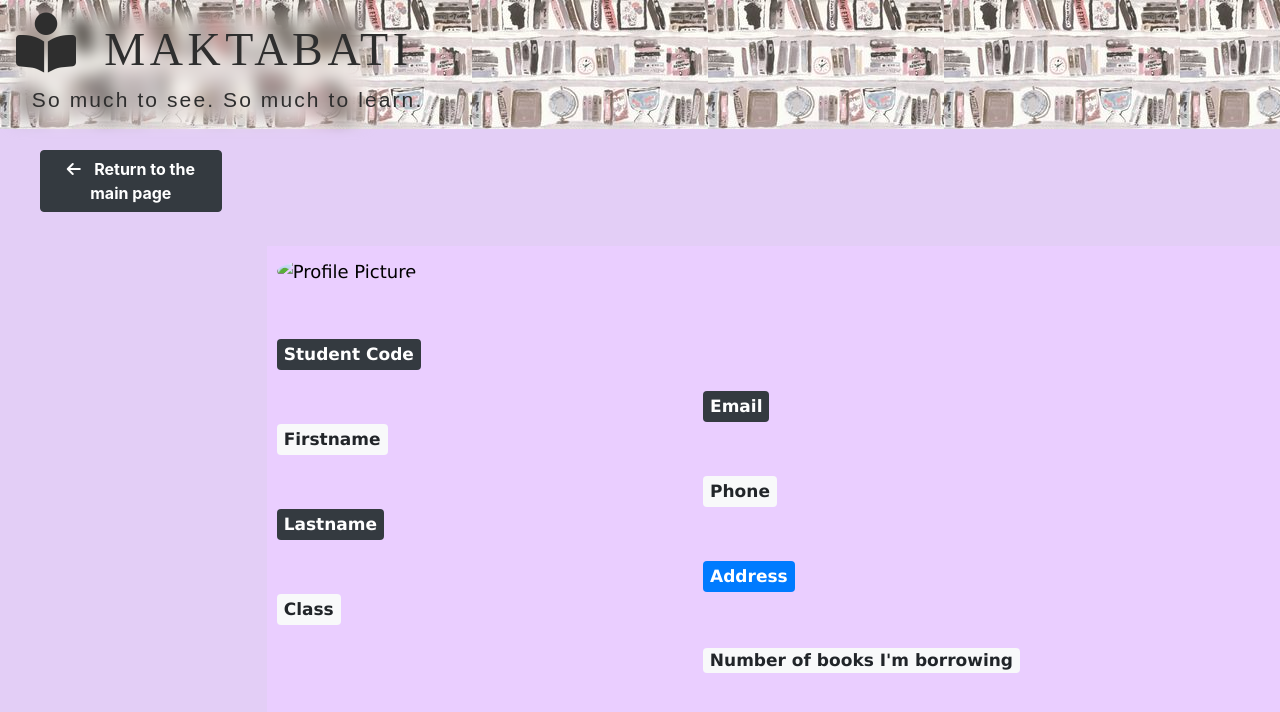
Repository: Hajar-Serrad/MAKTABATI
Page: resources/views/profile.blade.php
An editor plug-in stored every save of this project. The page is shown before and after the next save, followed by the edit.
The browser window is 1280 px wide. The pictures show the whole page.
An inner scrolling area shows only its first screen. Some web fonts or font styles are not loaded; a fallback is used. Some web libraries are served in a nearby version. The page is served by the project's Laravel application, run on PHP 8.4 with Laravel 8. Other server files are loaded and not shown. The template is opened directly, without the code that normally fills it, so the values that code supplies are empty.

Above is the page before, as saved 2020-12-28 22:53:56.

### routes/web.php
<?php

use Illuminate\Support\Facades\Route;


/*           **********************     INSCRIPTION            ************************* */
Route::get('/welcome/register','Auth\RegisterBisController@showfirstform')->name('register1');
Route::post('/welcome/register','Auth\RegisterBisController@register')->name('register2');
Route::post('/registerbis','Auth\RegisterController@register')->name('register3');
Route::get('/registerbis/{id}','Auth\RegisterController@showform')->name('register4');

/*           **********************     CONNEXION            ************************* */
Route::get('/login/admin', 'Auth\LoginController@showAdminLoginForm')->name('Adminlogin1');
Route::post('/login/admin', 'Auth\LoginController@adminLogin')->name('Adminlogin2');
Route::get('/user/login', 'Auth\LoginController@showUserLoginForm')->name('Userlogin1');
Route::post('/user/login', 'Auth\LoginController@userLogin')->name('Userlogin2');

/*           **********************     DECONNEXION            ************************* */
Route::post('/user/logout', 'Auth\LoginController@userLogout')->name('user.logout');
Route::post('/admin/logout', 'Auth\LoginController@adminLogout')->name('admin.logout');

/*   ********** ROUTES D'AUTHENTICATIONS DEFINIES PAR LARAVEL  *************** */
Auth::routes();


/*           **********************     TEMPLATES            ************************* */
Route::view('/user','layouts.app')->name('back');
Route::view('/admin','layouts.appAdmin')->name('adminapp');

/*           **********************     LES HOMEPAGES            ************************* */
Route::view('/user/dashboard','home.homeUser')->name('home');
Route::view('/admin/dashboard','home.homeAdmin')->name('dashboard');

Route::get("/homeUser","HomeController@indexUser");
Route::get("/homeAdmin","HomeController@indexAdmin");


/*           **********************     DES PROPRIETES AJOUTEES POUR LA TEMPLATE            ************************* */
// plus //USER
Route::get("/about us", function(){
    return view("plus.about");
 })->name('about');
 Route::get("/privacy policy", function(){
    return view("plus.privacy");
 })->name('privacy');

// plusAdmin  //ADMIN
Route::get("/ABOUT US", function(){
   return view("plusAdmin.about");
})->name('about_us');
Route::get("/PRIVACY POLICY", function(){
   return view("plusAdmin.privacy");
})->name('privacy_policy');

/* ******************************************** */

/*           **********************     LES OPERATIONS DE CRUD           ************************* */
Route::view('/add','books.create'); // creer un livre
Route::resource('copies', 'CopyController')->only(['create','store', 'destroy']);  // crud -> copycontroller
Route::post('/copies/add', 'CopyController@add')->name('add'); // ajouter un exemplaire
Route::post('/copies/edit', 'CopyController@update1')->name('update1');  // modifier un exemplaire
Route::post('/copies/update', 'CopyController@update2')->name('update2');  // modifier un exemplaire
Route::post('/copies/delete', 'CopyController@delete')->name('delete');  // supprimer un exemplaire
Route::resource('books', 'BookController');  // crud -> bookcontroller
Route::resource('borrowing', 'BorrowingController')->only(['index', 'destroy']);  //  crud -> borrowingcontroller
Route::post("/admin/borrow","BorrowingController@borrow")->name('borrow');  //  emprunter un livre
Route::get("/admin/collect","BorrowingController@collect")->name('collect');  //  collecter les emails
Route::get('/admin/books','BookController@indexAdmin')->name('index'); // afficher les livres pour l'admin
Route::get('/admin/books/{book}','BookController@showAdmin')->name('show');  // afficher un livre pour l'admin
Route::get('/admin/members','UserController@index')->name('members');
Route::get('/user/profile/{id}','UserController@profile')->name('user.profile');

/*           **********************     LA PAGE D'ACCUEIL        ************************* */
Route::get("/welcome", function(){
   return view("welcome");
})->name('welcome');

### app/Http/Controllers/Auth/LoginController.php
<?php

namespace App\Http\Controllers\Auth;
use Illuminate\Http\Request;
use App\Http\Controllers\Controller;
use App\Providers\RouteServiceProvider;
use Illuminate\Foundation\Auth\AuthenticatesUsers;
use App\User;
use Auth;

class LoginController extends Controller
{
    use AuthenticatesUsers;


    public function __construct()
    {
        $this->middleware('guest')->except(['logout', 'userLogout']);
        $this->middleware('guest:admin')->except(['logout', 'adminLogout']);
    }


    public function showAdminLoginForm()
    {
        return view('authAdmin.login', ['url' => '/login/admin']);
    }

    public function adminLogin(Request $request)
    {
        $this->validate($request, [
            'email'   => 'required|email',
            'password' => 'required|min:8'
        ]);

        if (Auth::guard('admin')->attempt(['email' => $request->email, 'password' => $request->password], $request->get('remember'))) {

            return redirect()->intended('/admin/dashboard');
        }
        session()->flash('error', 'Your email or password is incorrect! Please try again!');
        return back()->withInput();
    }

    public function showUserLoginForm()
    {
        return view('auth.login', ['url' => '/user/login']);
    }

    public function userLogin(Request $request)
    {
        $this->validate($request, [
            'email'   => 'required|email',
            'password' => 'required|min:8'
        ]);

        if (Auth::guard('web')->attempt(['email' => $request->email, 'password' => $request->password], $request->get('remember'))) {

            return redirect()->intended('/user/dashboard');
        }
         session()->flash('error', 'Your email or password is incorrect! Please try again!');
         return back()->withInput();
    }

public function userLogout(Request $request)
    {
        Auth::guard('web')->logout();
        session()->flash('message', 'You have been logged out!');
        return redirect()->route('welcome')->withInput();
    }

    public function adminLogout(Request $request)
    {
        Auth::guard('admin')->logout();
        session()->flash('message', 'You have been logged out!');
        return redirect()->route('welcome')->withInput();
    }


}

### app/Http/Controllers/Auth/ConfirmPasswordController.php
<?php

namespace App\Http\Controllers\Auth;

use App\Http\Controllers\Controller;
use App\Providers\RouteServiceProvider;
use Illuminate\Foundation\Auth\ConfirmsPasswords;

class ConfirmPasswordController extends Controller
{
    /*
    |--------------------------------------------------------------------------
    | Confirm Password Controller
    |--------------------------------------------------------------------------
    |
    | This controller is responsible for handling password confirmations and
    | uses a simple trait to include the behavior. You're free to explore
    | this trait and override any functions that require customization.
    |
    */

    use ConfirmsPasswords;

    /**
     * Where to redirect users when the intended url fails.
     *
     * @var string
     */


    /**
     * Create a new controller instance.
     *
     * @return void
     */
    public function __construct()
    {
        $this->middleware('auth');
        $this->middleware('auth:admin');
    }
}

### resources/views/profile.blade.php
@extends('layouts.app')
@section('title','Profile')
@section('css')
<style>

</style>
@endsection
@section('content')



  <div style="padding-top: 150px; padding-left: 40px; color: black; ">
    <div class="row">
      <div class="col-sm-2">
          <a href="{{ route('home') }}"> <button  class="btn btn-dark" >
              <i class="fas fa-arrow-left"></i> &nbsp; <b> {{ __('Return to the main page') }}</b>

              </button> </a>

      </div>


           <div class="col-sm-10" class="row" style="font-size: 18px; font-family:Geneva, Tahoma, sans-serif;"> <br> <br> <br>
        <div  class="card-body" style="margin: 15px; margin-right: 0; padding: 10px; background-color:rgb(234, 206, 255);">


            <div class="row">
                <div class="col-sm-5">
                  <div class="row">
                    <div class="col-sm-6">
                       <img src="{{ asset('images/members/'.$user->image) }}" class="rounded-circle" alt="Profile Picture" width="150px;" height="150px;">
                    </div>
                  </div> <br> <br>
                 <div class="row" >

                    <span class="col-sm-4"><span class="badge badge-dark" style="padding: 7px; font-size:17px;">Student Code</span></span>
                   <span class="col-sm-4">{{ $user->person_id }}</span>

                 </div> <br> <br>
                 <div class="row">

                    <span class="col-sm-4"><span class="badge badge-light" style="rgb(209, 171, 219); padding: 7px; font-size:17px;">Firstname</span></span>
                   <span class="col-sm-4">{{ $user->firstname }}</span>

                 </div> <br>  <br>
                 <div class="row">

                    <span class="col-sm-4"><span class="badge badge-dark" style="padding: 7px; font-size:17px;">Lastname</span></span>
                   <span class="col-sm-4">{{ $user->lastname }}</span>

                 </div> <br>   <br>
                 <div class="row">

                  <span class="col-sm-4"><span class="badge badge-light" style="rgb(209, 171, 219); padding: 7px; font-size:17px;">Class</span></span>
                   <span class="col-sm-4">{{ $user->class }}</span>

                 </div> <br> <br>

                </div>
                <div class="col-sm-7">
                   <br> <br> <br> <br> <br>
                 <div class="row">

                   <span class="col-sm-2"><span class="badge badge-dark" style=" padding: 7px; font-size:17px;">Email</span></span>
                   <span class="col-sm-10">{{ $user->email }}</span>

                 </div> <br> <br>
                 <div class="row">

                   <span class="col-sm-2"><span class="badge badge-light" style="rgb(209, 171, 219); padding: 7px; font-size:17px;">Phone</span></span>
                   <span class="col-sm-5">{{ $user->phone }}</span>

                 </div> <br> <br>
                 <div class="row">

                   <span class="col-sm-2"><span class="badge badge-primary" style="padding: 7px; font-size:17px;">Address</span></span>
                   <span class="col-sm-5">{{ $user->address }}</span>

                 </div>

                 <br> <br>
                 <div class="row">

                   <span class="col-sm-6"><span class="badge badge-light" style="rgb(209, 171, 219);
                   .padding: 7px; font-size:17px;">Number of books I'm borrowing</span></span>
                   <span class="col-sm-2" data-toggle="modal" data-target="#Modal">{{ $array['n1'] }}</span>
                     <!-- MODAL -->
                     <div class="modal fade" id="Modal" tabindex="-1" aria-labelledby="ModalLabel" aria-hidden="true" style="font-family: 'Bahnschrift Condensed'; font-size: 23px; background-color:thistle;">
                      <div class="modal-dialog modal-lg">
                          <div class="modal-content" style="background-color: #1B0A2A; color: whitesmoke;">
                            <div class="modal-header">
                              <span class="badge badge-primary" style="font-size:28px; letter-spacing:1ex; margin-left:120px;"> Books I'm borrowing </span>
                            </div>
                              <div class="modal-body">

            <table class="table table-hover table-striped table-dark" style="background-color: #1B0A2A">
              <!--Table head-->
              <thead style="background-color: whitesmoke; color:#1B0A2A;">
                <tr>
                    <th scope="col">#</th>
                    <th scope="col">ISBN</th>
                    <th scope="col">Title</th>
                    <th scope="col">Author</th>
                    <th scope="col">Category</th>
                    <th scope="col">Borrowed At</th>
                    <th scope="col">Must Be Returned At</th>
                </tr>
            </thead>
            <!--Table head-->
            <!--Table body-->
            <tbody>
                @php
                    $nbr = 0;
                @endphp
                @foreach ($borrowings as $borrowing)
                     <tr >
                       @foreach ($books as $book)
                           @if ($borrowing->ISBN == $book->ISBN)
                                <th scope="row">{{ ++$nbr }}</th>
                                <td>{{ $borrowing->ISBN }}</td>
                                <td>{{ $book->title }}</td>
                                <td>{{ $book->author }}</td>
                                <td>{{ $book->category }}</td>
                                <td>{{ $borrowing->borrowed_at }}</td>
                                <td>{{ $borrowing->must_be_returned_at }}</td>
                           @endif
                       @endforeach
                     </tr>
                @endforeach
            </tbody>
            <!--Table body-->
            </table>

                              </div>
                          </div>
                      </div>
                  </div>
                     <!-- /MODAL -->
                 </div>

                 <br> <br>
                 <div class="row">

                   <span class="col-sm-7"><span class="badge badge-dark" style="padding: 7px; font-size:16px;">Number of books I have already borrowed</span></span>
                   <span class="col-sm-2">{{ $array['n2'] }}</span>
                 </div>
                </div>
            </div>
           </div>
          </div>
          </div> </div>


  </div>


@endsection

### resources/views/layouts/app.blade.php
<!DOCTYPE html>
<html lang="en">
<head>
    <meta charset="UTF-8">
    <meta name="viewport" content="width=device-width, initial-scale=1.0">
    <meta http-equiv="X-UA-Compatible" content="ie=edge">
    <!-- Bootstrap CSS -->
    <link rel="stylesheet" href="https://stackpath.bootstrapcdn.com/bootstrap/4.5.0/css/bootstrap.min.css"
    integrity="sha384-9aIt2nRpC12Uk9gS9baDl411NQApFmC26EwAOH8WgZl5MYYxFfc+NcPb1dKGj7Sk" crossorigin="anonymous">
    <!-- Add icon library -->

    <script src="https://kit.fontawesome.com/bf85b3c2d1.js" crossorigin="anonymous"></script>
    <link href='https://fonts.googleapis.com/css?family=Showcard Gothic' rel='stylesheet'>
    <link href='https://fonts.googleapis.com/css?family=Bahnschrift Condensed' rel='stylesheet'>
    <title>@yield('title')</title>
    <!-- Styles -->
    @yield('css')
    <style>
       html,body
      {
          width: 100%;
          height: 100%;
          margin: 0px;
          padding: 0px;
          overflow-x: hidden;
      }
      nav
      {
        background:url('/images/background/10.jpg') ;
      }
      .footer
      {
        background-color: #F2E0F7;
      }



      #header:before {
        content: "";
        position: fixed;
        height: 15%; width: 27%;
        background: url('/images/background/10.jpg');
        background-size: cover;
        z-index: -2; /* Keep the background behind the content */
        -webkit-filter: blur(8px);
    }
    #avatar:before {
        content: "";
        position: fixed;
        height: 107px; width: 100%;
        background: url('/images/background/10.jpg');
        background-size: cover;
        z-index: -2; /* Keep the background behind the content */
        -webkit-filter: blur(8px);
    }

    </style>
</head>
<body>

  <div class="container-fluid" style="margin: 0px ; padding: 0px ;">
       <div style="background-color: #E3CEF6; background-size:cover; height:100%;">
   <!-- header -->
   <!--Navbar -->
<nav class="navbar navbar-expand-md navbar-dark bg-dark fixed-top" >
    <a class="navbar-brand" href="#" id="header"> <i class="fas fa-book-reader fa-3x" style="color:#2E2E2E;"></i>  &nbsp; &nbsp;

      <span  style="font-family: 'Showcard Gothic' ;letter-spacing:0.1em; font-size:46px; color: #2E2E2E;"> MAKTABATI </span>
        <div style="font-family:Arial, Helvetica, sans-serif ;letter-spacing:0.1em; font-size:21px; color: #2E2E2E;"> &nbsp;   So much to see. So much to learn. </div>
    </a>
    <button class="navbar-toggler" type="button" data-toggle="collapse" data-target="#navbarSupportedContent-4"
      aria-controls="navbarSupportedContent-4" aria-expanded="false" aria-label="Toggle navigation">
      <span class="navbar-toggler-icon"></span>
    </button>
    <div class="collapse navbar-collapse" id="navbarSupportedContent-4">
      <!--
         <ul class="navbar-nav ml-auto nav-flex-icons">
      <li class="nav-item avatar dropdown">
        <a class="nav-link dropdown-toggle" id="navbarDropdownMenuLink-55" data-toggle="dropdown"
          aria-haspopup="true" aria-expanded="false">
          <img src="https://mdbootstrap.com/img/Photos/Avatars/avatar-2.jpg" class="rounded-circle z-depth-0"
            alt="avatar image">
        </a>
        <div class="dropdown-menu dropdown-menu-lg-right dropdown-secondary"
          aria-labelledby="navbarDropdownMenuLink-55">
          <a class="dropdown-item" href="{{ route('user.logout') }}"
          onclick="event.preventDefault();
          document.getElementById('logout-form').submit();">
                <button type="button" class="btn btn-light btn-lg" style="cursor: pointer; margin-right: 30px" >{{ __('LOGOUT') }}</button>

        </a>
         <form id="logout-form" action="{{ route('user.logout') }}" method="POST" style="display: none;">
                    {{ csrf_field() }}
                </form>
          <a class="dropdown-item" href="#">Another action</a>
          <a class="dropdown-item" href="#">Something else here</a>
        </div>
      </li>
    </ul>
      -->
    <ul class="navbar-nav ml-auto" >
    @auth
    <li class="nav-item avatar dropdown" id="avatar">
      <a  class="nav-link dropdown-toggle" id="navbarDropdownMenuLink-55" data-toggle="dropdown"
        aria-haspopup="true" aria-expanded="false" title="Click here to see your profile or to log out" >
        <img src="{{ asset('images/members/'.Auth::user()->image) }}" class="rounded-circle z-depth-0"
          alt="avatar image" height="70px;" width="70px;" >
      </a>
      <div class="dropdown-menu dropdown-menu-lg-right dropdown-secondary"
        aria-labelledby="navbarDropdownMenuLink-55" style="background-color: #F2E0F7; ">

        <a class="dropdown-item" href="{{ route('user.profile',Auth::user()->id) }}" >My Profile</a>

        <a class="dropdown-item" href="{{ route('user.logout') }}"
                                      onclick="event.preventDefault();
                                      document.getElementById('logout-form').submit();" >
                {{ __('Log out') }}
        </a>
       <form id="logout-form" action="{{ route('user.logout') }}" method="POST" style="display: none;">
                  {{ csrf_field() }}
        </form>
      </div>
    </li>
        </ul>

    @endauth
   </ul>
    </div>
  </nav>
  <!--/.Navbar -->


    <!--   -->
    @yield('content')
    <!--   -->
    <!-- -->

</div>
 <!-- -->
   <!-- footer -->


    <div  class="footer" style=" color:#2E2E2E;">
        <div style="background:url('/images/background/10.jpg') ; height:50px; "></div>
        <br>
        <div class="row">
            <div class="col-sm-3"></div>
          <div class="col-sm-3" style="color:#2E2E2E;">

            <h5>Contact Us</h5>

              <i class="fas fa-phone-volume"> </i> &nbsp; &nbsp;  +0625135487 <br>
              <i class="fas fa-envelope"></i>&nbsp; &nbsp; maktabati@gmail.com

          </div>
        <div class="col-sm-3" > <br>
            <a href="{{ route('about') }}" target="_blank"><h5 style="color:#2E2E2E;">About Us</h5></a>
            <a href=" {{ route('privacy') }} " target="_blank"><h5 style="color:#2E2E2E;">Privacy Policy</h5></a>
        </div>
        <div class="col-sm-3"></div>
        </div>
        <div class="col-md-4 " >
        <div style="color: #2E2E2E;">

          © 2020 Maktabati made with <i class="far fa-heart" style="color: red"></i>

        </div>

  </div>
  <div style="background:url('/images/background/10.jpg') ; height:50px; "></div>
</div>

    <!-- Optional JavaScript -->
    <!-- jQuery first, then Popper.js, then Bootstrap JS -->
    <script src="https://code.jquery.com/jquery-3.5.1.slim.min.js"
    integrity="sha384-DfXdz2htPH0lsSSs5nCTpuj/zy4C+OGpamoFVy38MVBnE+IbbVYUew+OrCXaRkfj"
    crossorigin="anonymous"></script>
    <script src="https://cdn.jsdelivr.net/npm/popper.js@1.16.0/dist/umd/popper.min.js"
    integrity="sha384-Q6E9RHvbIyZFJoft+2mJbHaEWldlvI9IOYy5n3zV9zzTtmI3UksdQRVvoxMfooAo"
    crossorigin="anonymous"></script>
    <script src="https://stackpath.bootstrapcdn.com/bootstrap/4.5.0/js/bootstrap.min.js"
    integrity="sha384-OgVRvuATP1z7JjHLkuOU7Xw704+h835Lr+6QL9UvYjZE3Ipu6Tp75j7Bh/kR0JKI"
    crossorigin="anonymous"></script>
</body>
</html>

Loaded but not shown: app/Http/Controllers/Controller.php (common file)

After the next save:
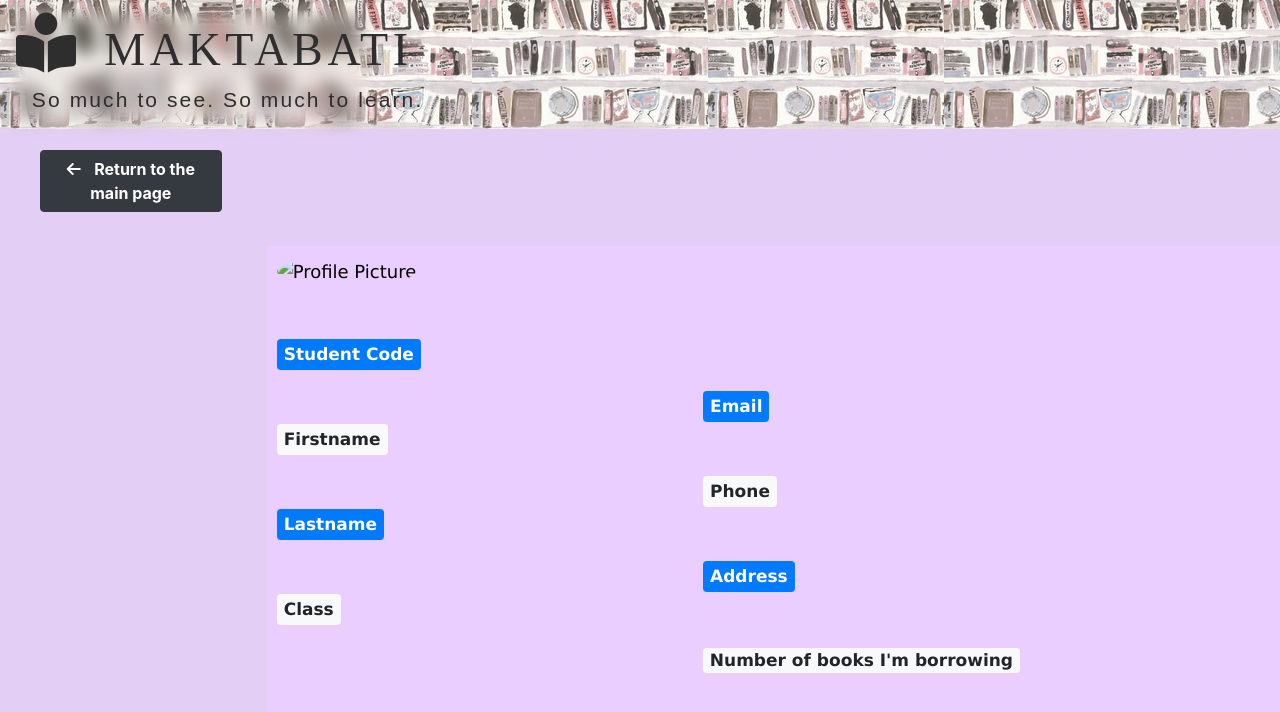
Saved 37 s later.
--- a/resources/views/profile.blade.php
+++ b/resources/views/profile.blade.php
@@ -33,7 +33,7 @@
                   </div> <br> <br>
                  <div class="row" >
 
-                    <span class="col-sm-4"><span class="badge badge-dark" style="padding: 7px; font-size:17px;">Student Code</span></span>
+                    <span class="col-sm-4"><span class="badge badge-primary" style="padding: 7px; font-size:17px;">Student Code</span></span>
                    <span class="col-sm-4">{{ $user->person_id }}</span>
 
                  </div> <br> <br>
@@ -45,7 +45,7 @@
                  </div> <br>  <br>
                  <div class="row">
 
-                    <span class="col-sm-4"><span class="badge badge-dark" style="padding: 7px; font-size:17px;">Lastname</span></span>
+                    <span class="col-sm-4"><span class="badge badge-primary" style="padding: 7px; font-size:17px;">Lastname</span></span>
                    <span class="col-sm-4">{{ $user->lastname }}</span>
 
                  </div> <br>   <br>
@@ -61,7 +61,7 @@
                    <br> <br> <br> <br> <br>
                  <div class="row">
 
-                   <span class="col-sm-2"><span class="badge badge-dark" style=" padding: 7px; font-size:17px;">Email</span></span>
+                   <span class="col-sm-2"><span class="badge badge-primary" style=" padding: 7px; font-size:17px;">Email</span></span>
                    <span class="col-sm-10">{{ $user->email }}</span>
 
                  </div> <br> <br>
@@ -93,7 +93,7 @@
                             </div>
                               <div class="modal-body">
 
-            <table class="table table-hover table-striped table-dark" style="background-color: #1B0A2A">
+            <table class="table table-hover table-striped table-primary" style="background-color: #1B0A2A">
               <!--Table head-->
               <thead style="background-color: whitesmoke; color:#1B0A2A;">
                 <tr>
